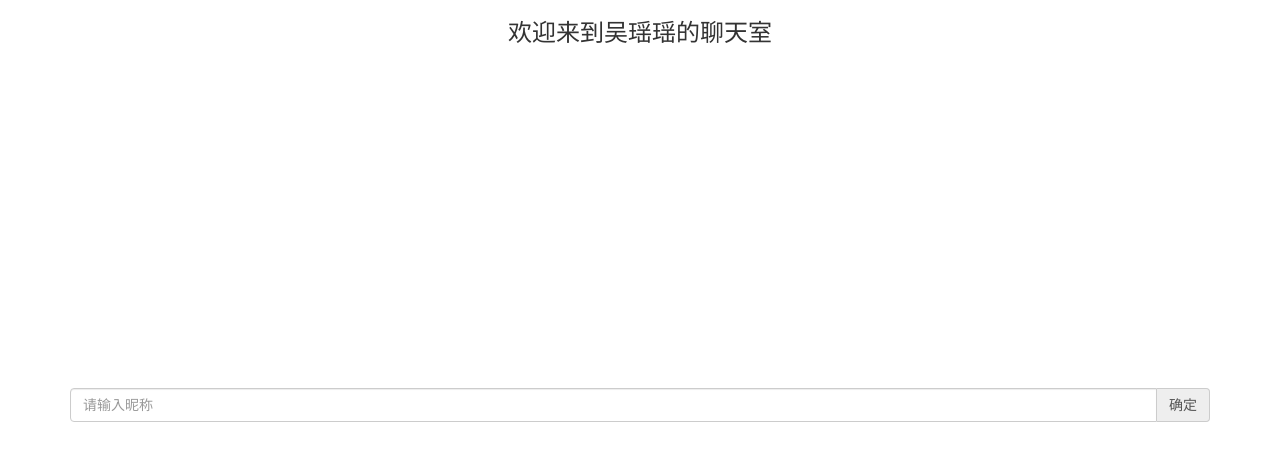
Repository: wyy511/node-socket.io
Page: client.html
The author's editor kept a copy of each file at every save. The page is drawn from the files as they stood at one save, then again after the next save.
The browser window is 1280 px wide. The pictures show the whole page.
The page's requests for data from a server got no answer. Some web libraries are served in a nearby version.

Above is the page before, as saved 2019-11-20 23:47:40.
Console error (its wording comes from the project's code and is left out).

### client.html
<!DOCTYPE html>
<html lang="en">
<head>
  <meta charset="UTF-8">
  <meta name="viewport" content="width=device-width, initial-scale=1.0">
  <meta http-equiv="X-UA-Compatible" content="ie=edge">
  <title>吴瑶瑶的聊天室</title>
  <style>
    *{
      margin: 0;
      padding: 0;
    }
    .container {
      width: 100%;
      height: 100%;
      overflow: hidden;
    }
    .title {
      text-align: center;
    }
    .login-input {
      margin-top: 30%;
    }
    #msgBox {
      display: none;
    }
  </style>
  <!-- 最新版本的 Bootstrap 核心 CSS 文件 -->
<link rel="stylesheet" href="https://cdn.jsdelivr.net/npm/bootstrap@3.3.7/dist/css/bootstrap.min.css" integrity="sha384-BVYiiSIFeK1dGmJRAkycuHAHRg32OmUcww7on3RYdg4Va+PmSTsz/K68vbdEjh4u" crossorigin="anonymous">
<!-- 最新的 Bootstrap 核心 JavaScript 文件 -->
<script src="https://cdn.jsdelivr.net/npm/bootstrap@3.3.7/dist/js/bootstrap.min.js" integrity="sha384-Tc5IQib027qvyjSMfHjOMaLkfuWVxZxUPnCJA7l2mCWNIpG9mGCD8wGNIcPD7Txa" crossorigin="anonymous"></script>
</head>
<body>
  <div class="container">
    <header>
      <h3 class="title">欢迎来到吴瑶瑶的聊天室</h3>
    </header>
    <div>
      <div id="nameBox" class="input-group login-input">
        <input id="name" class="form-control" type="text" placeholder="请输入昵称">
        <span id="nameBtn" class="input-group-addon">确定</span>
      </div>
      <div id="msgBox" class="input-group">
        <input id="msg" class="form-control" type="text" onkeydown="enterChart(event)" placeholder="请输入内容">
        <span id="msgBtn" class="input-group-addon" onclick="sendChart()">发送</span>
      </div>
    </div>
    <footer></footer>
  </div>
  <script type="text/javascript" src="https://cdn.bootcss.com/socket.io/2.3.0/socket.io.js"></script>
  <script type="text/javascript">
    var socket = io.connect('ws://172.19.162.86:3000');
    var name = '';
    var userId = '';
    const msgBtn = document.getElementById('msgBtn');
    const msgEl = document.getElementById('msg');
    const nameBtn = document.getElementById('nameBtn');
    const nameEl = document.getElementById('name');
    const msgBox = document.getElementById('msgBox');
    const nameBox = document.getElementById('nameBox');
    nameBtn.onclick = () => {
      const val = nameEl.value;
      if (!val) return;
      name = val;
      socket.emit('changeName', name);
      nameEl.value = '';
      nameBox.style.display = 'none';
      msgBox.style.display = 'block';
    }
    // 如果客户端监听到socket消息，那么执行这个方法里的回调，且得到广播的消息
    socket.on("changeName", data => {
      console.log(data)
      var p = document.createElement("p");
      userId = data.userId;
      p.innerText = data.msg;
      document.body.appendChild(p);
    })
    function enterChart (e) {
      if (e.keyCode === 13) {
        sendChart();
      }
    }
    function sendChart () {
      const val = msgEl.value;
      if (!val) return;
      msgEl.value = '';
      socket.emit('chat', {
        userId,
        name,
        msg: val
      });
    }
    // 如果客户端监听到socket消息，那么执行这个方法里的回调，且得到广播的消息
    socket.on("chat", (data) => {
      var p = document.createElement("p");
      p.innerText = data.msg;
      document.body.appendChild(p);
    })
  </script>
</body>
</html>

After the next save:
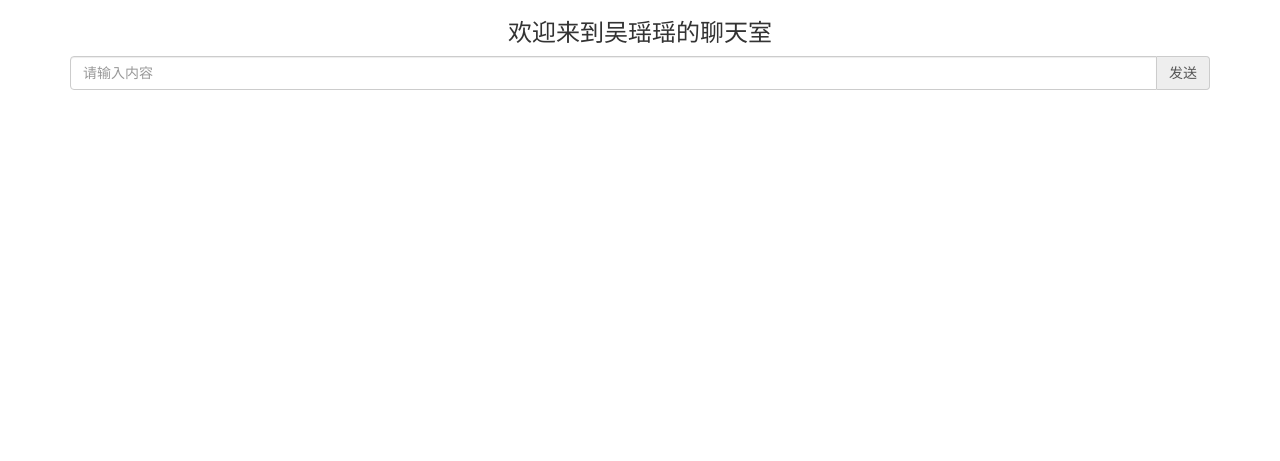
Saved 32 s later.
--- a/client.html
+++ b/client.html
@@ -22,7 +22,7 @@
       margin-top: 30%;
     }
     #msgBox {
-      display: none;
+      /* display: none; */
     }
   </style>
   <!-- 最新版本的 Bootstrap 核心 CSS 文件 -->
@@ -36,10 +36,10 @@
       <h3 class="title">欢迎来到吴瑶瑶的聊天室</h3>
     </header>
     <div>
-      <div id="nameBox" class="input-group login-input">
+      <!-- <div id="nameBox" class="input-group login-input">
         <input id="name" class="form-control" type="text" placeholder="请输入昵称">
         <span id="nameBtn" class="input-group-addon">确定</span>
-      </div>
+      </div> -->
       <div id="msgBox" class="input-group">
         <input id="msg" class="form-control" type="text" onkeydown="enterChart(event)" placeholder="请输入内容">
         <span id="msgBtn" class="input-group-addon" onclick="sendChart()">发送</span>

After the save that followed:
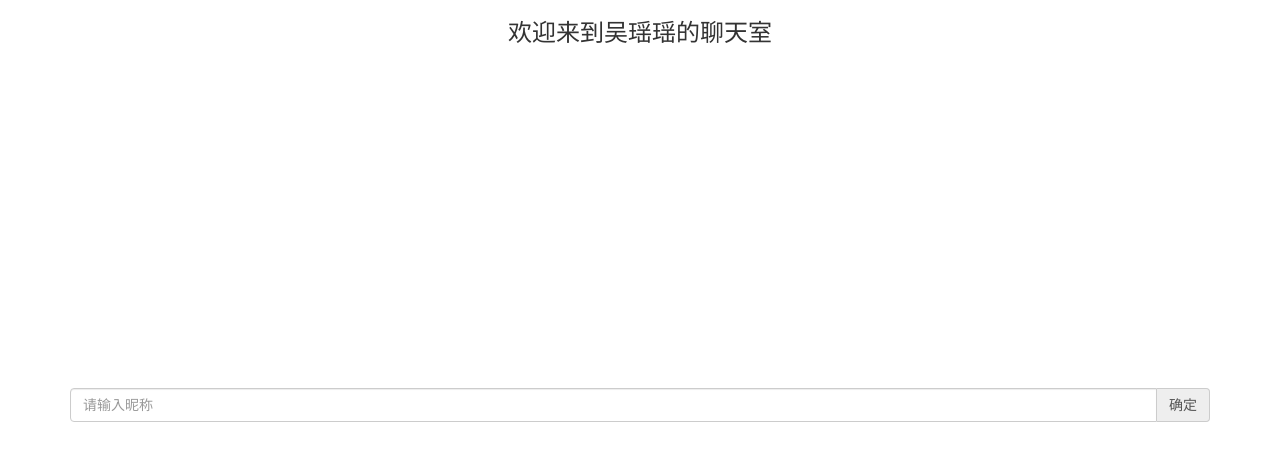
Saved 9 s later.
--- a/client.html
+++ b/client.html
@@ -22,7 +22,7 @@
       margin-top: 30%;
     }
     #msgBox {
-      /* display: none; */
+      display: none;
     }
   </style>
   <!-- 最新版本的 Bootstrap 核心 CSS 文件 -->
@@ -36,10 +36,10 @@
       <h3 class="title">欢迎来到吴瑶瑶的聊天室</h3>
     </header>
     <div>
-      <!-- <div id="nameBox" class="input-group login-input">
+      <div id="nameBox" class="input-group login-input">
         <input id="name" class="form-control" type="text" placeholder="请输入昵称">
         <span id="nameBtn" class="input-group-addon">确定</span>
-      </div> -->
+      </div>
       <div id="msgBox" class="input-group">
         <input id="msg" class="form-control" type="text" onkeydown="enterChart(event)" placeholder="请输入内容">
         <span id="msgBtn" class="input-group-addon" onclick="sendChart()">发送</span>
